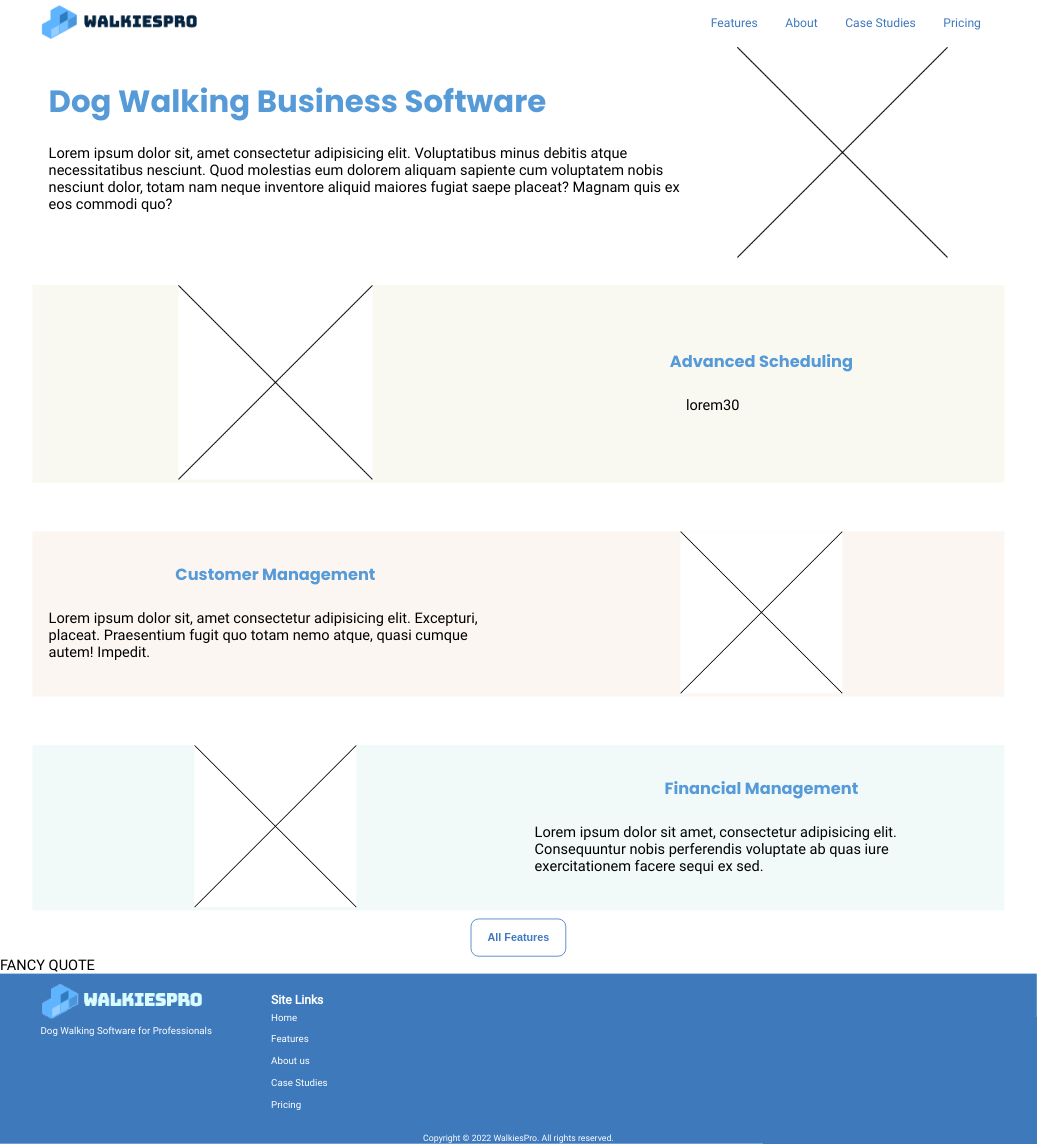
Repository: StevieC87/LAYOUT4
Page: index.html
The author's editor kept a copy of each file at every save. The page is drawn from the files as they stood at one save, then again after the next save.
The browser window is 1280 px wide. The pictures show the whole page, at 81% of full size.

Above is the page before, as saved 2022-01-02 17:00:12.

### index.html
<!DOCTYPE html>
<html lang="en">
  <head>
    <meta charset="UTF-8" />
    <meta http-equiv="X-UA-Compatible" content="IE=edge" />
    <meta name="viewport" content="width=device-width, initial-scale=1.0" />
    <title>WalkiesPro Dog Walking Software</title>
    <link rel="stylesheet" href="css/styles.css" />
    <link rel="stylesheet" href="css/footer.css" />
    <link rel="stylesheet" href="css/homepage.css" />
    <link rel="stylesheet" href="css/navbar.css" />
    <link rel="stylesheet" href="css/fonts.css" />
    <link rel="stylesheet" href="css/utilities.css" />
    <link rel="stylesheet" href="css/mediaqueries.css" />
    <!-- THIS js file - deferred so loads at the end -->
    <script type="text/javascript" src="js/scripts.js" defer></script>

    <style></style>
  </head>
  <body>


    <div class="containernew">
      <div class="navwrapper">
        <!------------------ NAVBAR --------------------->
        <nav id="navbar" class="paddingspecial">
          <!--  <div class="paddingspecial"> -->
          <div id="logo" class="logodiv">
            <a href="index.html"><img src="images/logo.png" alt="logo" /></a>
          </div>
          <div id="hamburger-menu" class="hamburger-menu">
            <div class="line line-1"></div>
            <div class="line line-2"></div>
            <div class="line line-3"></div>
          </div>
          <div class="navlist">
            <ul tabindex="-1">
              <li><a class="current" href="features.html">Features</a></li>
              <li><a href="about-us.html">About</a></li>
              <li><a href="case-studies.html">Case Studies</a></li>
              <li><a href="pricing.html">Pricing</a></li>
            </ul>
          </div>
          <!-- </div> -->
        </nav>
      </div>
      <!------------------ SECTION1 --------------------->
      <section class="section1wrapper">
        <div class="section1innerwrapper">
          <div class="section1text centerhorizvert" style="padding-left: 20px">
            <h1 class="fronth1">Dog Walking Business Software</h1>
            <p>
              Lorem ipsum dolor sit, amet consectetur adipisicing elit. Voluptatibus minus debitis atque necessitatibus
              nesciunt. Quod molestias eum dolorem aliquam sapiente cum voluptatem nobis nesciunt dolor, totam nam neque
              inventore aliquid maiores fugiat saepe placeat? Magnam quis ex eos commodi quo?
            </p>
          </div>
        <div class="section1img centerhorizvert">
          <img src="images/3.png" width="260px" alt="" />
        </div>
       </div> <!-- end of section1innerwrapper -->
      </section>
      <!------------------ SECTION2 --------------------->
      <section class="section2wrapper">
        <div class="section2innerwrapper">
          <div class="section2divrow frontfeatures1">
            <div class="centerhorizvert section2imgleft1">
              <img src="images/3.png" width="240px" alt="" />
            </div>
            <div class="centerhorizvert section2textright1">
              <h5 class="centertext ">Advanced Scheduling</h5>
              <p class="section2txt">lorem30  </p>
            </div>
          </div>
          <div class="section2divrow frontfeatures2">
            <div class="centerhorizvert section2textleft2">
              <h5 class="centertext ">Customer Management</h5>
              <p class="section2txt"> Lorem ipsum dolor sit, amet consectetur adipisicing elit. Excepturi, placeat. Praesentium fugit quo totam
              nemo atque, quasi cumque autem! Impedit.</p>
            </div>
            <div class="centerhorizvert section2imgright2"><img src="images/3.png" width="200px" alt="" /></div>
          </div>
          <div class="section2divrow section2imgleft3 frontfeatures3">
            <div class="centerhorizvert"><img src="images/3.png" width="200px" alt="" /></div>
            <div class="centerhorizvert section2textleft3 ">
              <h5 class="centertext ">Financial Management</h5>
              <p class="section2txt"> Lorem ipsum dolor sit amet, consectetur adipisicing elit. Consequuntur nobis perferendis voluptate ab quas
              iure exercitationem facere sequi ex sed.</p>
            </div>
          </div>
        </div> <!-- end of section2innerwrapper -->
      </section>
       <!------------------ 'all features' BUTTON --------------------->
       <div class="allfeatures"><button class="btn  allfeaturesbtn">All Features</button></div>
      <!------------------ QUOTE SECTION --------------------->
      <div class="quotesection">FANCY QUOTE</div>

      <!------------------ FOOTER --------------------->
      <footer id="footer">
        <div class="footerwrapper">
          <div class="footergriditem1">
            <img class="bottomlogo" src="images/logoblue.png" alt="logo" />
            <span class="whitetext bottomphrase"
              >Dog Walking Software for Professionals</span
            >
          </div>

          <div class="footergriditem2">
            <div><b class="whitetext footerlinkstitle">Site Links</b></div>
            <ul class="whitetext ulnostyle anostyle" style="font-size: 12px">
              <li><a href="../layout/index.html">Home</a> </li>
              <li><a href="/features.html">Features</a> </li>
              <li><a href="/about-us.html">About us</a> </li>
              <li><a href="/case-studies.html">Case Studies</a></li>
              <li><a href="pricing.html">Pricing</a></li>
            </ul>
          </div>
          <div class="footergriditem3 whitetext smallfont">Copyright © 2022 WalkiesPro. All rights reserved.</div>
        </div>

      </footer>
    </div>
    <!-- end container -->

    <!------------------ SIDE MENU --------------------->
    <div id="menuhidden" class="menuhidden hiddenright">
      <div class="slidemenu">
        <ul tabindex="-1" aria-hidden="true">
          <li><a class="activeSidebarLi" href="index.html">Home</a></li>
          <li><a class="current" href="features.html">Features</a></li>
          <li><a href="about-us.html">About</a></li>
          <li><a href="case-studies.html">Case Studies</a></li>
          <li><a href="pricing.html">Pricing</a></li>
          <!--    <hr /> -->
        </ul>
      </div>
    </div>
  </body>
</html>

### css/styles.css
:root {
  /*  --myblue: #5da3df; */
  --myblue: #3e79bc;
  --myblueh1: #569ad7;
}

html,
body {
  box-sizing: border-box;
  font-size: 18px;
  font-family: Roboto;
  /*  line-height: 1rem; */
  margin: auto;
}
*,
*:before,
*:after {
  box-sizing: inherit;
}

h1,
h2,
h3,
h4,
h5,
h6 {
  font-family: PoppinsBold;
  color: var(--myblueh1);
  /* #5da3df */
  padding: 10px 0 10px 0;
  margin: 0px;
}
h1 {
  font-size: 38px;
  line-height: 2.8rem;
}
h2 {
  font-size: 32px;
}
h3 {
  font-size: 28px;
}
h4 {
  font-size: 26px;
}
h5 {
  font-size: 20px;
}
h6 {
  font-size: 18px;
}

.fronth1 {
  padding-top: 0px;
}

.containernew {
  width: 100%;
}

### css/footer.css
/* * * * * * * * * * * * * * * * * * * * * * * * * * * * * * * * * * * * * * * *
                    FOOTER
* * * * * * * * * * * * * * * * * * * * * * * * * * * * * * * * * * * * * * * */

footer {
  background-color: var(--myblue);
  width: 100%;
  display: flex;
  justify-content: center;
  padding-top: 10px;
}
/* DEFAULT FOR SMALL SCREEN - MOBILE FIRST */
.footerwrapper {
  /* this is the inner div that serves as a grid with equal columns as container */
  width: 1200px;
  display: grid;
  grid-template-columns: 1fr;
  grid-gap: 0.2rem;
}
/* DEFAULT FOR SMALL SCREEN - MOBILE FIRST */
.footergriditem1 {
  grid-row: 1 / 2;
  /* grid-column: 1 / 2; */
  grid-column: 1 / -1;
}
/* DEFAULT FOR SMALL SCREEN - MOBILE FIRST */
.footergriditem2 {
  /* grid-column: 2 / 3; */
  grid-column: 1 / -1;
  grid-row: 3 / 4;
  padding-left: 10px;
  justify-self: start;
  padding-top: 10px;
  padding-bottom: 10px;

  /*  justify-self: self-end; */
  /* padding: 20px 0 0 40px; */
}
.footergriditem2:first-child {
  margin: 10px 0 10px 0;
}
.footergriditem3 {
  grid-row: 4 / 5;
  grid-column: 1 / -1;
  justify-self: center;
  align-self: center;
}
.bottomlogo {
  padding: 0px 0 0px 10px;
}
.bottomphrase {
  padding-left: 10px;
  display: block;
  text-align: left;
  font-size: 12px;
}
.footerlinkstitle {
  font-size: 15px;
}

@media (min-width: 336px) {
}
@media (min-width: 450px) {
  .footerwrapper {
    grid-template-columns: 226px 200px 1fr 0.2fr 0.2fr 0.2fr;
  }
  .footergriditem1 {
    grid-row: 1 / 2;
    grid-column: 1 / 2;
  }
  .footergriditem2 {
    grid-row: 1 / 2;
    grid-column: 2 / 3;
    padding-left: 0px;
    justify-self: center;
    padding-top: 10px;
    padding-bottom: 10px;
  }
}

### css/homepage.css
/* * * * * * * * * * * * * * * * * * * * * * * * * * * * * * * * * * * * * * * *
                  SECTION1
* * * * * * * * * * * * * * * * * * * * * * * * * * * * * * * * * * * * * * * */

.section1wrapper {
  width: 100%;
  background-color: FFF;
  display: flex;
  justify-content: center;
  /*  */
}
.section1innerwrapper {
  width: 1200px;
  display: grid;
  grid-column: 1 / -1;
}

/* * * * * * * * * * * * * * * * * * * * * * * * * * * * * * * * * * * * * * * *
                      SECTION2
  * * * * * * * * * * * * * * * * * * * * * * * * * * * * * * * * * * * * * * * */

.section2divrow {
  display: grid;
  grid-column: 1 / -1;
  /*  grid-template-columns: 1fr 1fr; */
}
.section2wrapper {
  width: 100%;
  display: flex;
  justify-content: center;
}
.section2innerwrapper {
  width: 1200px;
}
.frontfeatures1 {
  background-color: #f9f9f2;
  margin-bottom: 60px;
  margin-top: 30px;
}
.frontfeatures2 {
  background-color: #fcf6f2;
  margin-bottom: 60px;
}
.frontfeatures3 {
  background-color: #f1faf9;
  margin-bottom: 10px;
}

.section2txt {
  padding: 0 20px 0 20px;
}
/* ---------------------- */
.allfeatures {
  text-align: Center;
  /* background-color: #fbfbfa; */
  background-color: #fff;
}
.quotesection {
  background-color: FFF;
  grid-area: quotesection;
  display: grid;
  grid-column: 1 / -1;
}

### css/navbar.css
/* * * * * * * * * * * * * * * * * * * * * * * * * * * * * * * * * * * * * * * *
                          NAVBAR
* * * * * * * * * * * * * * * * * * * * * * * * * * * * * * * * * * * * * * * */
.navwrapper {
  display: flex;
  justify-content: center;
}
nav {
  background-color: white;
  width: 1200px;
  display: flex;
  justify-content: space-between;
}

.logodiv {
  padding-top: 5px;
  padding-left: 10px;
}
#navbar ul {
  list-style: none;
  margin-right: 15px;
  /*   float: right; */
}

#navbar ul li {
  float: left;
}

#navbar ul li a {
  display: block;
  margin: 0 14px 0 20px;
  /* padding: 0 20px 0 10px; */
  text-align: center;
  text-decoration: none;
  color: var(--myblue);
  /*  color: black; */

  font-size: 15px;
  /*  border-bottom: 1px solid transparent; */

  line-height: 21px;
}
#navbar ul li a:hover {
  /*  text-decoration: underline; */
  /*  border-bottom: 1px solid var(--myblue); */
  color: #9370db;
}

/* * * * * * * * * * * * * * * * * * * * * * * * * * * * * * * * * * * * * * * *
HAMBURGER MENU
* * * * * * * * * * * * * * * * * * * * * * * * * * * * * * * * * * * * * * * */

.hamburger-menu {
  width: 30px;
  height: 30px;
  padding-top: 7px;
  position: absolute;
  top: 7px;
  right: 10px;
  display: flex;
  flex-direction: column;
  justify-content: space-between;
  cursor: pointer;
  z-index: 100;
}

.line {
  width: inherit;
  height: 3px;
  background-color: var(--myblue);
  border-radius: 2px;
  transition-property: transform;
  transition-duration: 500ms;

  /*   transform-origin: right;
  transition: transform 0.5s; */
}

.line.openline:nth-child(1) {
  transform: translate(0px, 10px) rotate(45deg);
  /*  transform-origin: top; */
}
.line.openline:nth-child(2) {
  opacity: 0;
}
.line.openline:nth-child(3) {
  transform: translate(0px, -10px) rotate(-45deg);

  /*   transform-origin: top; */
}

.menuhidden {
  height: 100vh;
  width: 200px;
  background-color: white;
  position: fixed;
  top: 0;
  right: -200px;
  transition: ease 0.2s;
}

.visibleright {
  right: 0px;
  /*   transition: ease 4s; */
}
/* --------- SLIDEMENU ---------- */
.slidemenu ul {
  list-style: none;
  padding-top: 45px;
  padding-left: 0px;
  width: 100%;
  /*   float: right; */
}
.slidemenu ul li {
}
.slidemenu ul li a {
  display: block;
  padding: 10px 5px 10px 5px;
  margin: 0px 5px 0px 5px;
  text-align: center;
  text-decoration: none;
  line-height: 1.5rem;
  color: var(--myblue);
}
.slidemenu ul li a:hover {
  background-color: #fbfbfa;
  border-radius: 15px;
  /* opacity: 0.5; */
}
.activeSidebarLi {
  background-color: #fbfbfa;
  border-radius: 15px;
}
/* END SLIDEMENU */

### css/fonts.css
/* * * * * * * * * * * * * * * * * * * * * * * * * * * * * * * * * * * * * * * *
        FONT FAMILIESS
* * * * * * * * * * * * * * * * * * * * * * * * * * * * * * * * * * * * * * * */
@font-face {
  font-family: 'Bungee';
  src: url('../fonts/Bungee-Regular.ttf');
  src: local('☺'), url('../fonts/Bungee-Regular.ttf') format('truetype');
  font-display: block;
}
@font-face {
  font-family: 'Roboto';
  src: url('../fonts/Roboto-Regular.ttf');
  src: local('☺'), url('../fonts/Roboto-Regular.ttf') format('truetype');
  font-display: block;
}
@font-face {
  font-family: 'Roboto-Bold';
  src: url('../fonts/Roboto-Bold.ttf');
  src: local('☺'), url('../fonts/Roboto-Bold.ttf') format('truetype');
  font-display: block;
}
@font-face {
  font-family: 'Ubuntu';
  src: url('../fonts/Ubuntu-Regular.ttf');
  src: local('☺'), url('../fonts/Ubuntu-Regular.ttf') format('truetype');
  font-display: block;
}
@font-face {
  font-family: 'UbuntuBold';
  src: url('../fonts/Ubuntu-Bold.ttf');
  src: local('☺'), url('../fonts/Ubuntu-Bold.ttf') format('truetype');
  font-display: block;
}
@font-face {
  font-family: 'Poppins';
  src: url('../fonts/Poppins-Regular.ttf');
  src: local('☺'), url('../fonts/Poppins-Regular.ttf') format('truetype');
  font-display: block;
}
@font-face {
  font-family: 'PoppinsBold';
  src: url('../fonts/Poppins-Bold.ttf');
  src: local('☺'), url('../fonts/Poppins-Bold.ttf') format('truetype');
  font-display: block;
}
.bungee {
  font-family: Bungee;
}
.ubuntu {
  font-family: Ubuntu;
}
.ubuntuBold {
  font-family: UbuntuBold;
}
.poppins {
  font-family: Poppins;
}

### css/utilities.css
.btn {
  cursor: pointer;
  transition-property: background-color, color, border;
  transition-duration: 200ms;
  transition-timing-function: ease-in;
}
.allfeaturesbtn {
  padding: 15px 20px 15px 20px;
  border-radius: 10px;
  border: 1px solid var(--myblue);
  /*   background-color: var(--myblue); */
  background-color: WHITE;
  /* color: white; */
  color: var(--myblue);
  font-weight: bold;
}
.allfeaturesbtn:hover {
  background-color: var(--myblue);
  color: white;
}
.submit {
  margin-top: 20px;
  padding: 8px 8px 8px 8px;
  border-radius: 10px;
  width: 100px;
  background-color: var(--myblue);
  border: 1px solid var(--myblue);
  color: white;
  font-size: 1rem;
  /*  font-weight: bold; */
}

/* * * * * * * * * * * * * * * * * * * * * * * * * * * * * * * * * * * * * * * *
UTILITY CLASSES
* * * * * * * * * * * * * * * * * * * * * * * * * * * * * * * * * * * * * * * */

.centertext {
  text-align: center;
}
.centerimg {
  display: block;
  margin-left: auto;
  margin-right: auto;
  /*   width: 50%; */
}
.centerhorizvert {
  align-self: center;
  justify-self: center;
}
/* visible/invis from screen readers & visually */
.invisible {
  visibility: hidden;
}
.visible {
  visibility: visible;
}
.whitetext {
  color: white;
}
.smallfont {
  font-size: 0.6rem;
}
.ulnostyle {
  list-style: none;
  line-height: 1.5rem;
  padding: 0;
  margin: 0;
}
.anostyle > li a {
  text-decoration: none;
  color: white;
}

### css/mediaqueries.css
/* to switch to hamburger menu */
@media (min-width: 677px) {
  .hamburger-menu {
    visibility: hidden;
  }
  .section2divrow {
    grid-template-columns: 1fr 1fr;
  }
  .section1innerwrapper {
    grid-template-columns: 2fr 1fr;
  }
}
@media (max-width: 676px) {
  /* HIDE NAV LI WHEN SMALL SCREEN */
  nav {
    width: 1200px;
  }

  .navlist {
    visibility: hidden;
    display: none;
  }
  .hamburger-menu {
    visibility: visible;
  }

  /* ADVANCED SCHEDULING DIV - flip order: image last */
  .section2imgleft1 {
    grid-row: 2;
  }
  .section2textright1 {
    grid-row: 1;
  }
  /* FINANCIAL MANAGEMENT DIV - flip order: image last */
  .section2imgleft3 {
    grid-row: 2;
  }
  .section2textleft3 {
    grid-row: 1;
  }
}

### js/scripts.js
const hamburgerbutton = document.querySelector('#hamburger-menu');
hamburgerbutton.addEventListener('click', function () {
  //  vis();
  slide();
  transformlines();
});

function slide() {
  const slideme = document.querySelector('#menuhidden');
  const slidemeclasses = slideme.classList;
  //  slideme.classList.replace('hiddenright', 'visibleright');
  const slidemeclassestoggle = slidemeclasses.toggle('visibleright');
}

function transformlines() {
  //for each line add a class ideally
  document.querySelectorAll('.line').forEach((item) =>
    //item.style.backgroundColor = "pink"
    item.classList.toggle('openline')
  );
}

After the next save:
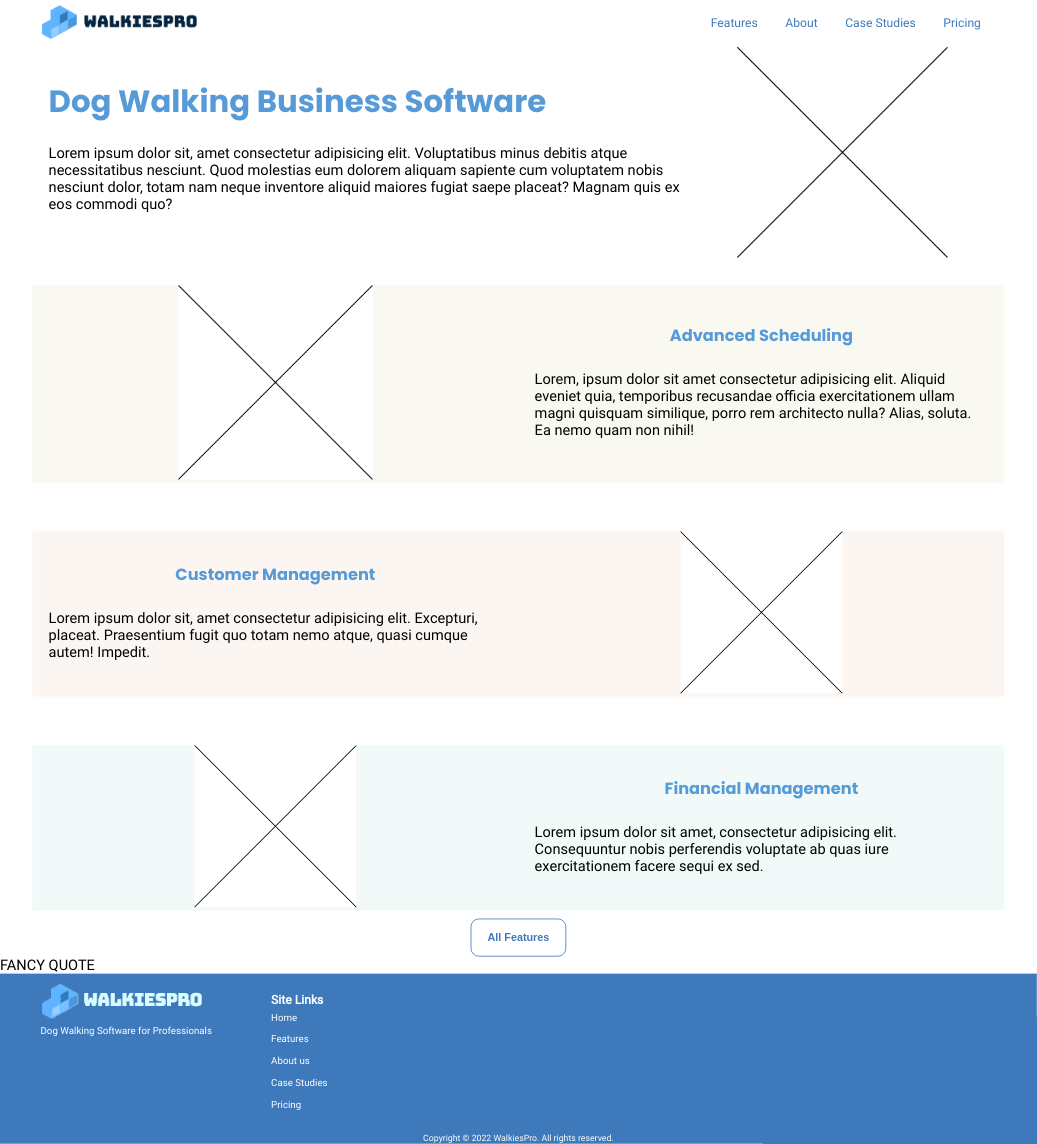
Saved 105 s later.
--- a/index.html
+++ b/index.html
@@ -69,7 +69,7 @@
             </div>
             <div class="centerhorizvert section2textright1">
               <h5 class="centertext ">Advanced Scheduling</h5>
-              <p class="section2txt">lorem30  </p>
+              <p class="section2txt">Lorem, ipsum dolor sit amet consectetur adipisicing elit. Aliquid eveniet quia, temporibus recusandae officia exercitationem ullam magni quisquam similique, porro rem architecto nulla? Alias, soluta. Ea nemo quam non nihil! </p>
             </div>
           </div>
           <div class="section2divrow frontfeatures2">
